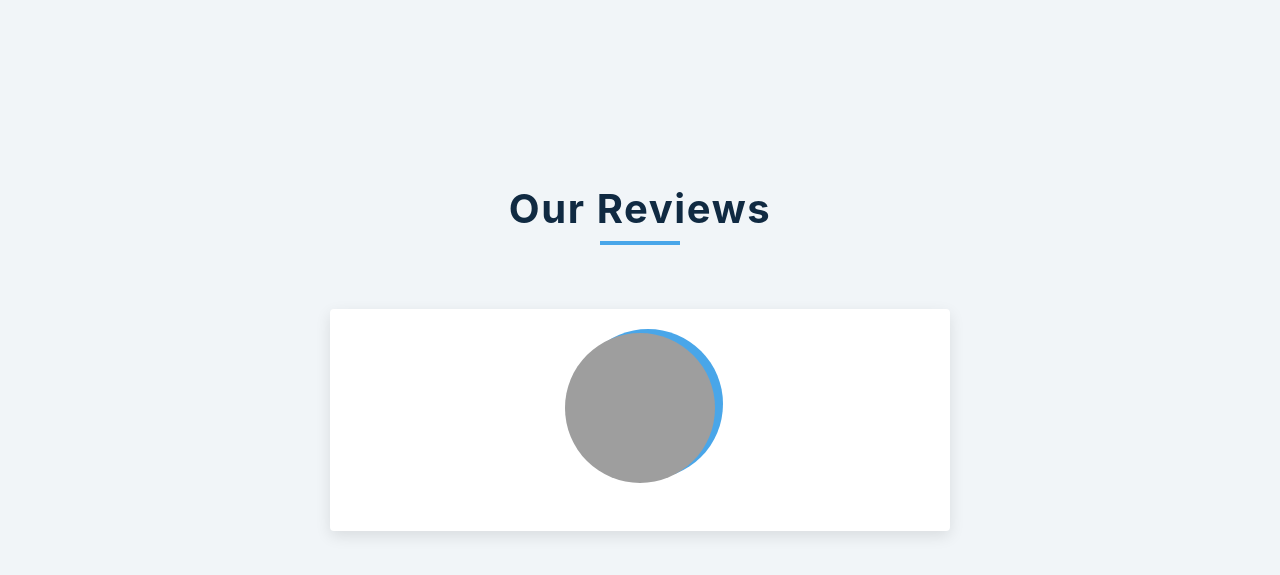
Repository: bodescuanamariia/reviews
Page: /
The author's editor kept a copy of each file at every save. The page is drawn from the files as they stood at one save, then again after the next save.
The browser window is 1280 px wide. The pictures show the whole page.
Pictures or frames that could not be fetched are drawn as grey boxes. The project was rebuilt for these pictures with package versions that can differ from the ones it lists, and the page was loaded fresh each time.

Above is the page before, as saved 2022-04-20 11:37:06.

After the next save:
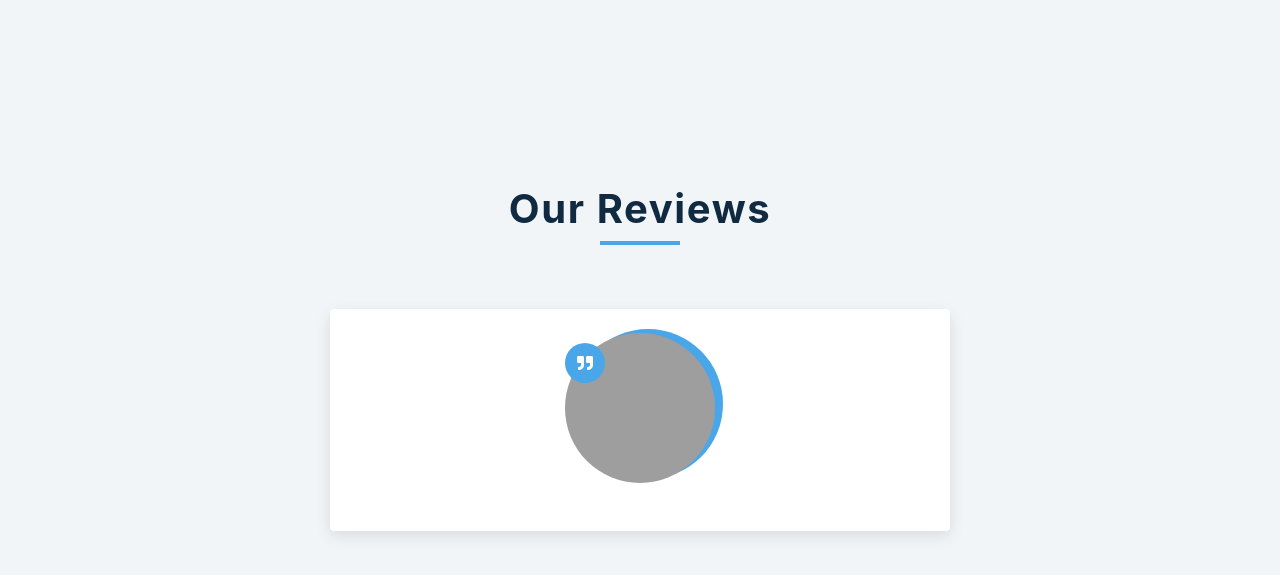
Saved 40 s later.
--- a/src/Review.js
+++ b/src/Review.js
@@ -10,7 +10,9 @@
     <article className="review">
       <div className="img-container">
         <img src={image} alt={name} className="person-img" />
-        <span className="quote"></span>
+        <span className="quote-icon">
+          <FaQuoteRight />
+        </span>
       </div>
     </article>
   );
